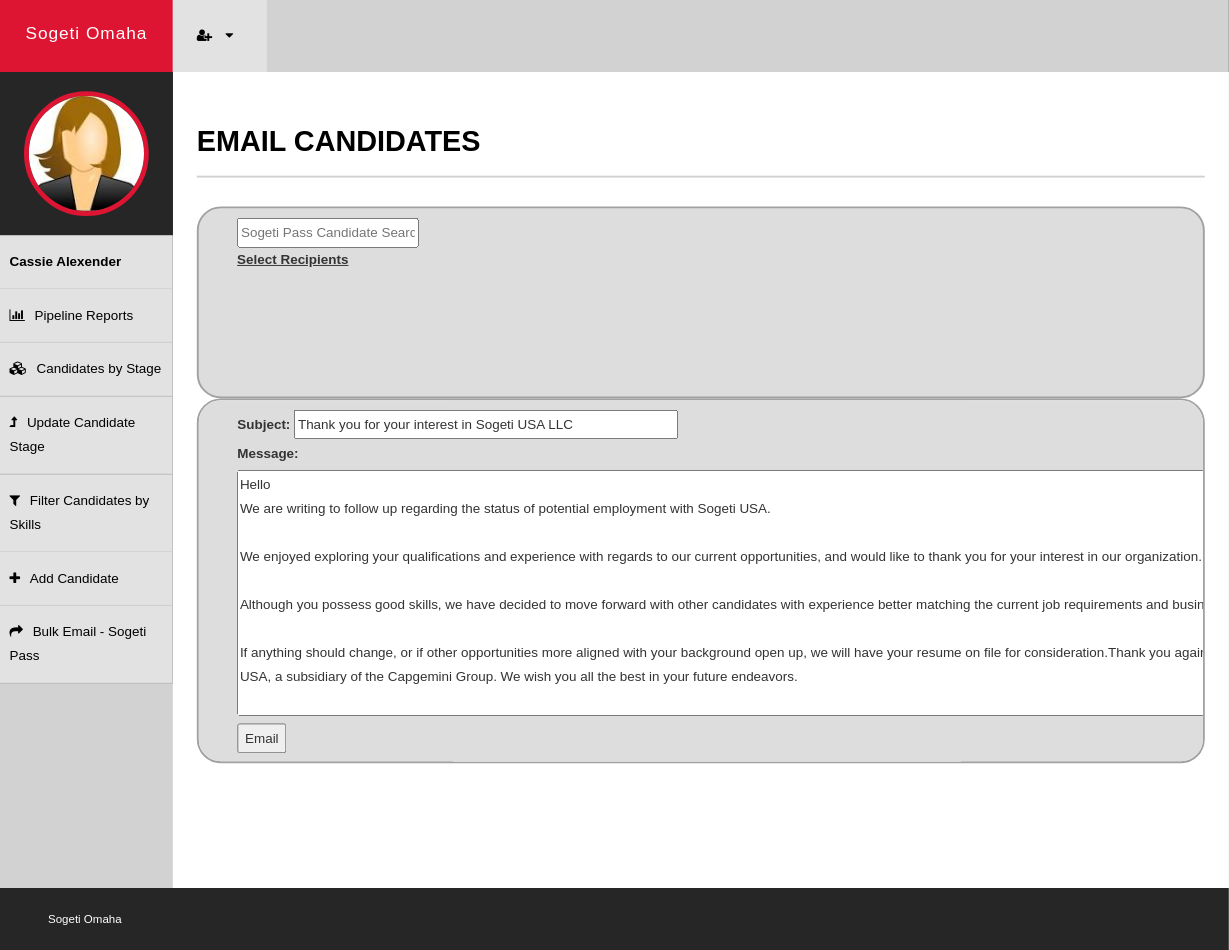
Repository: prasanana/Omaha-Sogeti-Recruiting
Page: http://localhost/Omaha_Sogeti_Recruitment/SendEmail.jsp
These files come from the project's save history. The page is drawn as it stood at one moment and after the next save; the edit follows.
The browser window is 1280 px wide. The pictures show the whole page, at 96% of full size.
Some web fonts or font styles are not loaded; a fallback is used. The page is served by Tomcat 9.

Above is the page before, as saved 2015-03-25 21:09:19.

After the next save:
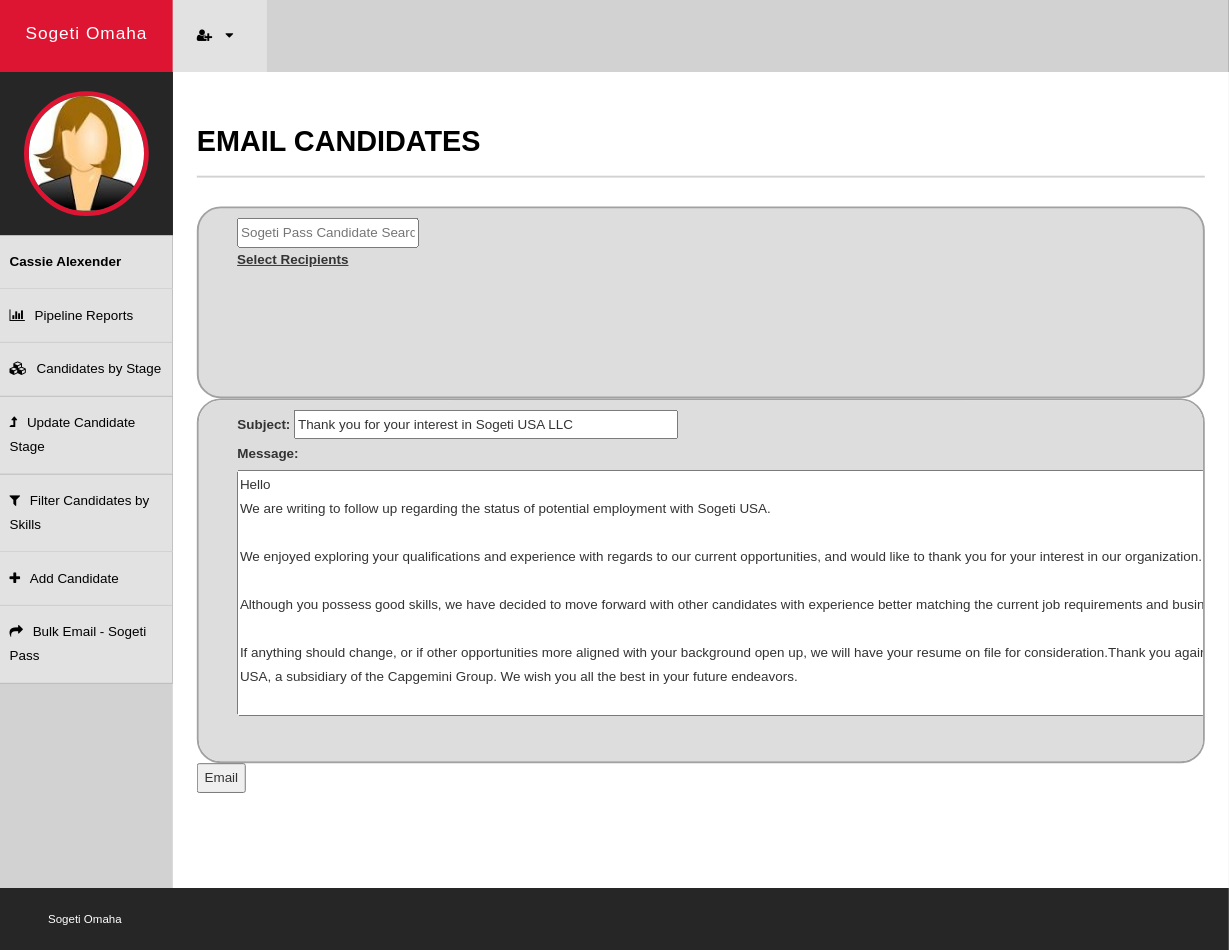
Saved 87 s later.
--- a/OmahaSogetiRecruitingWS/Omaha_Sogeti_Recruitment/WebContent/SendEmail.jsp
+++ b/OmahaSogetiRecruitingWS/Omaha_Sogeti_Recruitment/WebContent/SendEmail.jsp
@@ -138,12 +138,13 @@
 Regards
 Cassie Alexander</textarea>
     	</div>
-    	<button onclick="fnSendEmail()">Email</button>
+
 
     </div>
 
 
        </form>
+       <button onclick="fnSendEmail()">Email</button>
             </div>
             <!-- /. PAGE INNER  -->
         </div>
